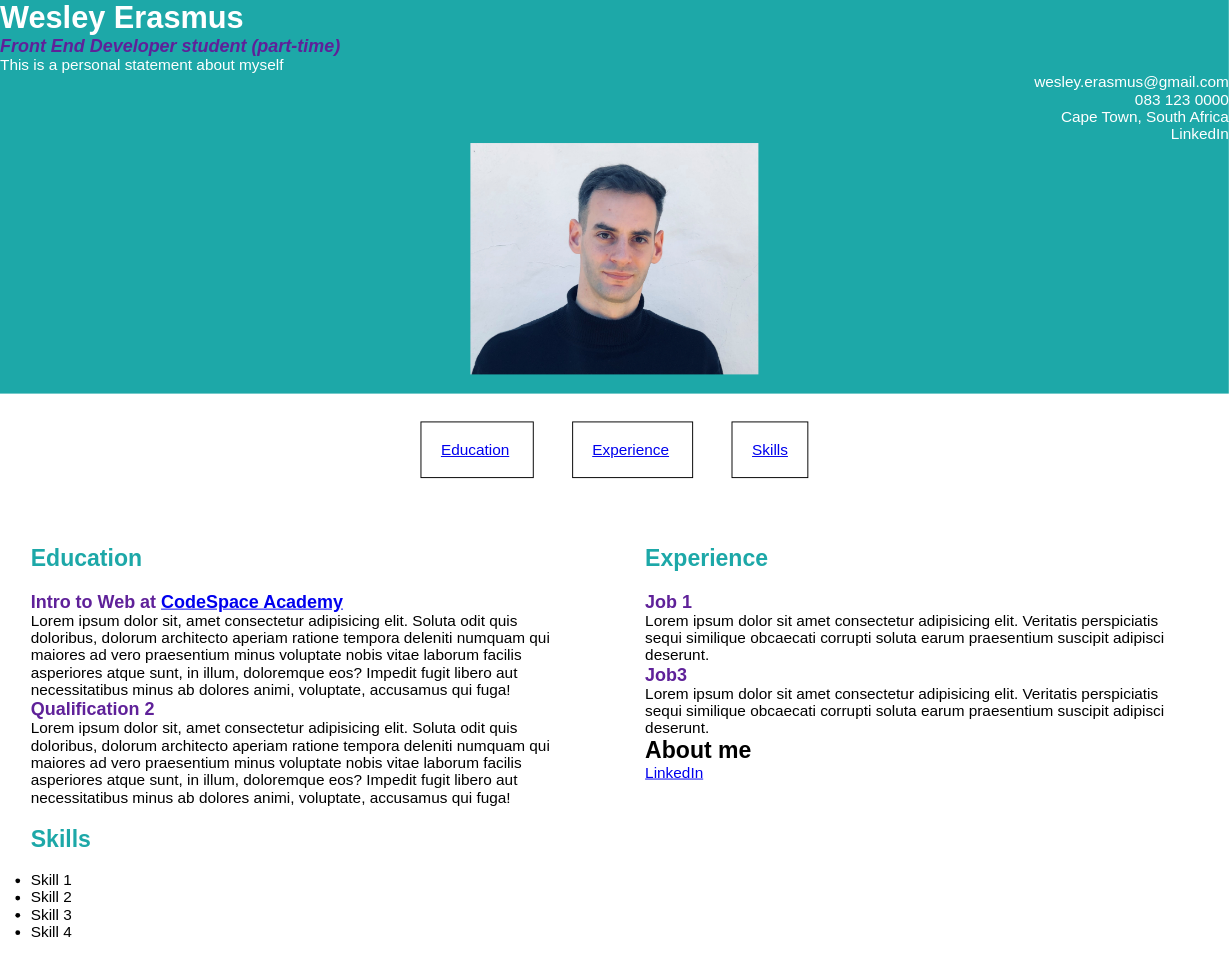
Repository: WesleyErasmus/myDigitalResume
Page: Resume-Projec-3/index.html
An editor plug-in stored every save of this project. The page is shown before and after a run of saves, followed by the edit.
The browser window is 1280 px wide. The pictures show the whole page, at 96% of full size.

Above is the page before, as saved 2022-02-12 11:47:37.

### Resume-Projec-3/index.html
<!DOCTYPE html>
<html lang="en">

<head>
  <meta charset="UTF-8">
  <meta http-equiv="X-UA-Compatible" content="IE=edge">
  <meta name="viewport" content="width=device-width, initial-scale=1.0">
  <title>Hello World</title>
  <link rel="stylesheet" href="styles.css">
</head>

<body>
  <header>
    <h1>Wesley Erasmus</h1>
    <h3> <em>Front End Developer student (part-time)</em></h3>
    <p>This is a personal statement about myself</p>

    <ul class="contact-details">
      <li>wesley.erasmus@gmail.com</li>
      <li>083 123 0000</li>
      <li>Cape Town, South Africa</li>
      <li>LinkedIn</li>
    </ul>

    <img id="headshot" src="images/IMG_01081.jpg" alt="Portrait image of Wesley Erasmus" width="300px" height="auto">

  </header>
  <nav>

    <ul class="page-links">
      <li> <a href="#Education">Education</a> </li>
      <li> <a href="#Experience">Experience</a> </li>
      <li> <a href="#Skills">Skills</a> </li>
    </ul>

  </nav>

  <main>

    <div class="flex-col-1">

      <h2 class="color-headings" id="Education">Education</h2>

      <h3>Intro to Web at <a href="https://www.codespace.co.za/" target="_blank">CodeSpace Academy</a> </h3>

      <p>Lorem ipsum dolor sit, amet consectetur adipisicing elit. Soluta odit quis doloribus, dolorum architecto
        aperiam ratione tempora deleniti numquam qui maiores ad vero praesentium minus voluptate nobis vitae laborum
        facilis asperiores atque sunt, in illum, doloremque eos? Impedit fugit libero aut necessitatibus minus ab
        dolores animi, voluptate, accusamus qui fuga!</p>

        <h3>Qualification 2</h3>

      <p>Lorem ipsum dolor sit, amet consectetur adipisicing elit. Soluta odit quis doloribus, dolorum architecto
        aperiam ratione tempora deleniti numquam qui maiores ad vero praesentium minus voluptate nobis vitae laborum
        facilis asperiores atque sunt, in illum, doloremque eos? Impedit fugit libero aut necessitatibus minus ab
        dolores animi, voluptate, accusamus qui fuga!</p>




      <h2 class="color-headings" id="Skills">Skills</h2>

      <ul>
      <li>Skill 1</li>
      <li>Skill 2</li>
      <li>Skill 3</li>
      <li>Skill 4</li>
    </ul>

  </div>


    <div class="flex-col-1">
    <h2 class="color-headings" id="Experience">Experience</h2>
    <h3>Job 1</h3>
    <p>Lorem ipsum dolor sit amet consectetur adipisicing elit. Veritatis perspiciatis sequi similique obcaecati
      corrupti soluta earum praesentium suscipit adipisci deserunt.</p>
    <h3>Job3</h3>
    <p>Lorem ipsum dolor sit amet consectetur adipisicing elit. Veritatis perspiciatis sequi similique obcaecati
      corrupti soluta earum praesentium suscipit adipisci deserunt.</p>


    <h2 class="about-me" >About me</h2>
    <p>
      <a href="https://www.linkedin.com/feed/" target="_blank">LinkedIn</a>
    </p>
  </div>

  </main>

</body>

</html>

### Resume-Projec-3/styles.css
* {
    margin: 0;
    padding: 0;
    font-family: sans-serif;
}
header {
    background-color: rgb(29, 168, 168);
    color: #fff;
    margin-bottom: 50px;
}
h3 {
    color: rgb(95, 33, 153);
}
.contact-details {
    text-align: right;
}
img {
    display: block;
    margin: 0 auto;
    padding-bottom: 20px;
}
.page-links li{
    display: inline;
    background-color: #fff;
    margin: 20px;
    padding: 20px;
    border: 1px solid black;
}
.color-headings {
    color: rgb(29, 168, 168);
    margin: 20px 0 20px 0;
}
.page-links{
    text-align: center;
}

main {
    margin-top: 50px;
    display: flex;
    flex-direction: row;
}
.flex-col-1, .flex-col-2 {
    margin: 0 auto;
    text-align: left;
    width: 45%;
    padding: 20px;

}

After the next 2 saves:
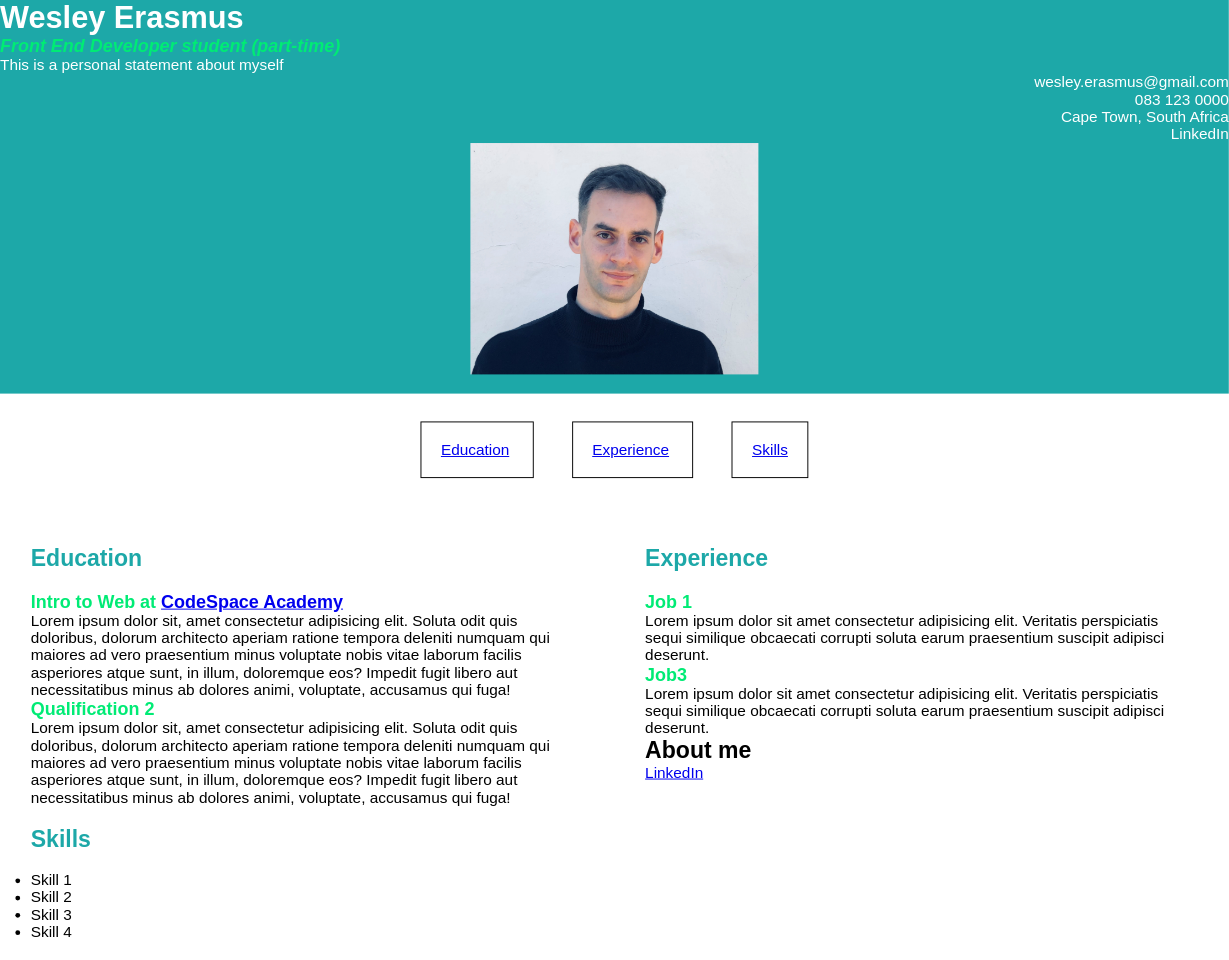
The 2 saves are shown as one change because they came seconds apart.
The last was saved 9 s later.
--- a/Resume-Projec-3/styles.css
+++ b/Resume-Projec-3/styles.css
@@ -9,7 +9,7 @@ header {
     margin-bottom: 50px;
 }
 h3 {
-    color: rgb(95, 33, 153);
+    color: rgb(0, 235, 117);
 }
 .contact-details {
     text-align: right;
